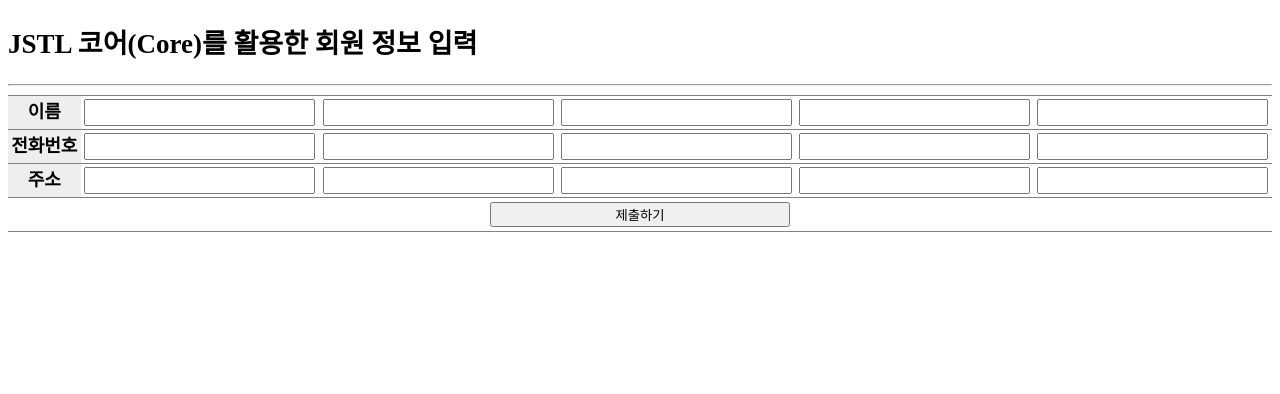
Repository: onpul/Web
Page: http://localhost/WebApp22/MemberInsertForm.jsp
The author's editor kept a copy of each file at every save. The page is drawn from the files as they stood at one save, then again after the next save.
The browser window is 1280 px wide. The pictures show the whole page.
The page is served by Tomcat 9.

Above is the page before, as saved 2022-04-29 08:35:02.

After the next save:
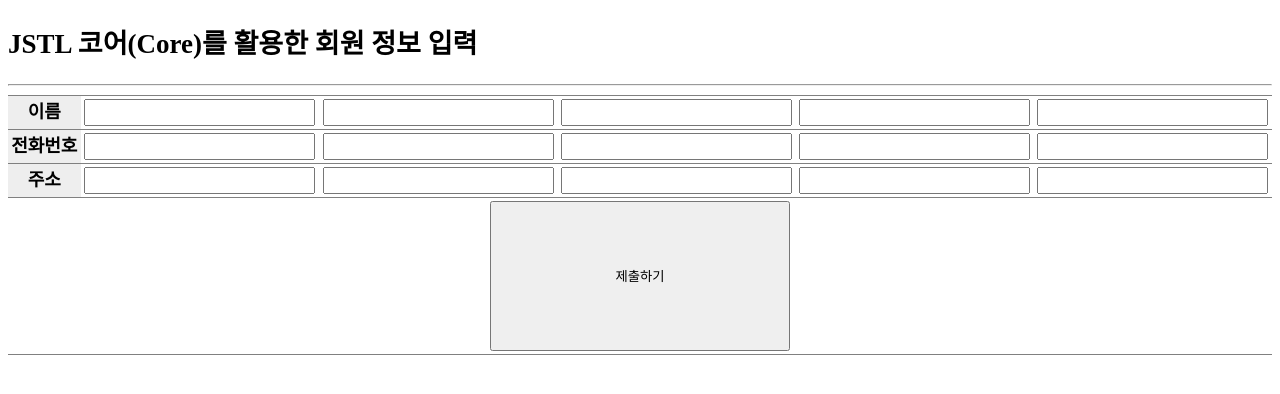
Saved 5 s later.
--- a/WebApp22/WebContent/MemberInsertForm.jsp
+++ b/WebApp22/WebContent/MemberInsertForm.jsp
@@ -42,7 +42,7 @@
 				</c:forEach>
 			</tr>
 			<tr>
-				<td colspan="6"><button type="submit" style="width: 300px; height="150px;"">제출하기</button></td>
+				<td colspan="6"><button type="submit" style="width: 300px; height: 150px;">제출하기</button></td>
 			</tr>
 		</table>
 	</form>
